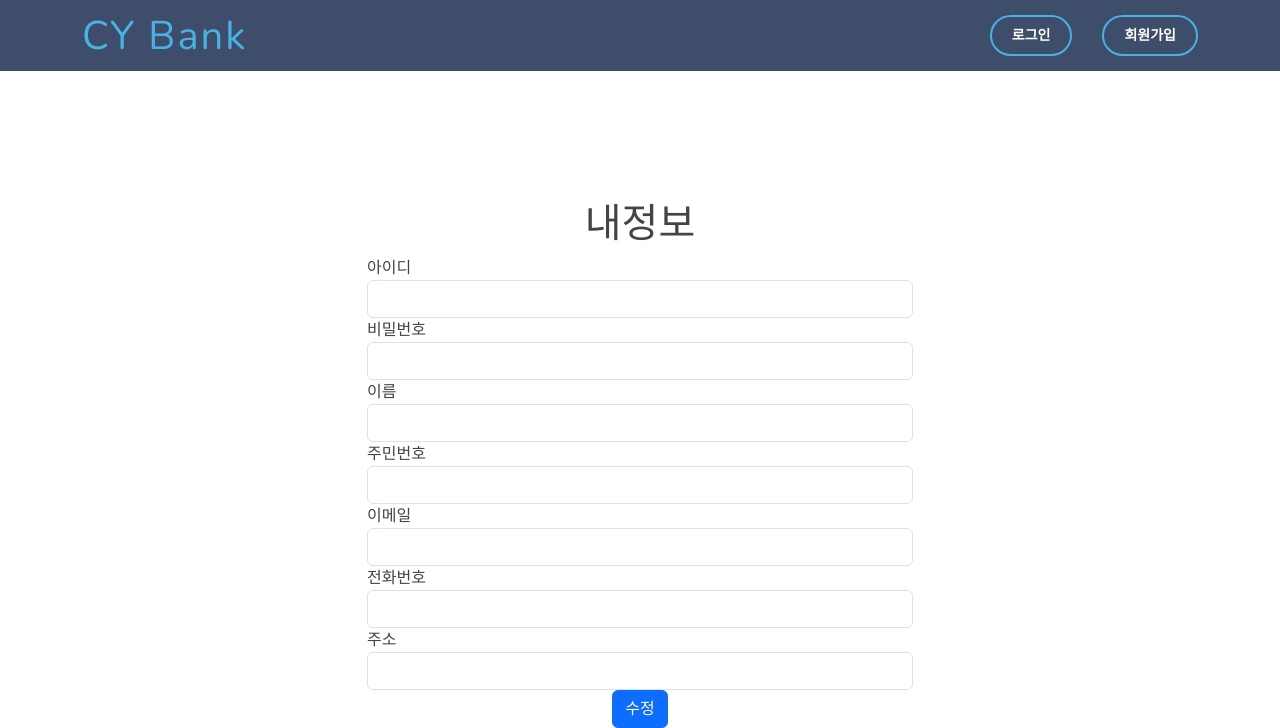
Repository: scy0814/Spring
Page: http://localhost/CYBank/jsp/myPage/MyPage.jsp
An editor plug-in stored every save of this project. The page is shown before and after the next save, followed by the edit.
The browser window is 1280 px wide. The pictures show the whole page.
The page is served by Tomcat 9.

Above is the page before, as saved 2023-06-27 01:47:49.

After the next save:
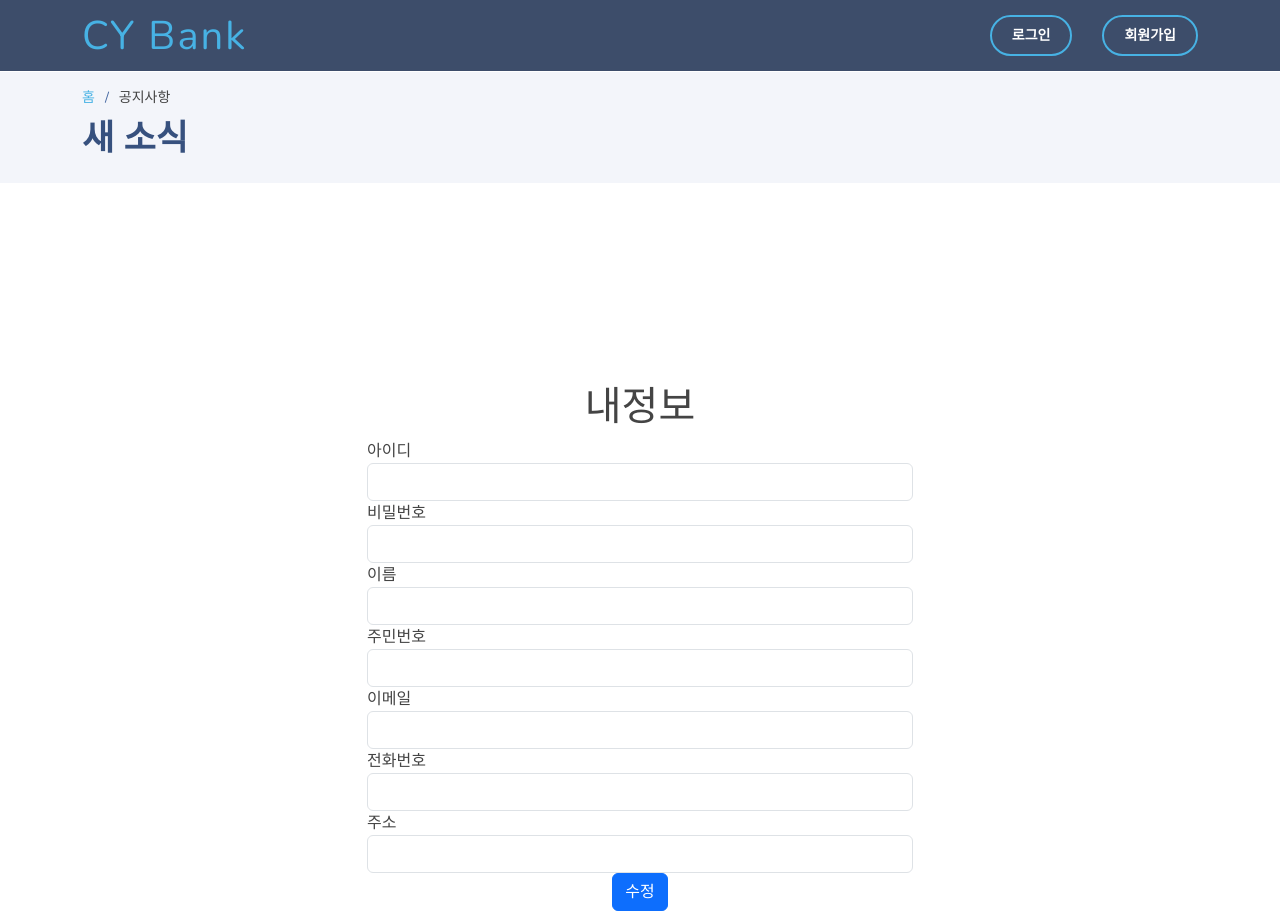
Saved 4 min 33 s later.
--- a/CYBank/src/main/webapp/jsp/myPage/MyPage.jsp
+++ b/CYBank/src/main/webapp/jsp/myPage/MyPage.jsp
@@ -7,6 +7,17 @@
 <title>Insert title here</title>
 <jsp:include page="/jsp/include/header.jsp" />
 </head>
+<section id="breadcrumbs" class="breadcrumbs">
+      <div class="container">
+
+        <ol>
+          <li><a href="/index.jsp">홈</a></li>
+          <li>공지사항</li>
+        </ol>
+        <h2 style="font-size : 35px;">새 소식</h2>
+
+      </div>
+    </section><!-- End Breadcrumbs -->
 <body>
 <div class="body">
         <div class="container">
